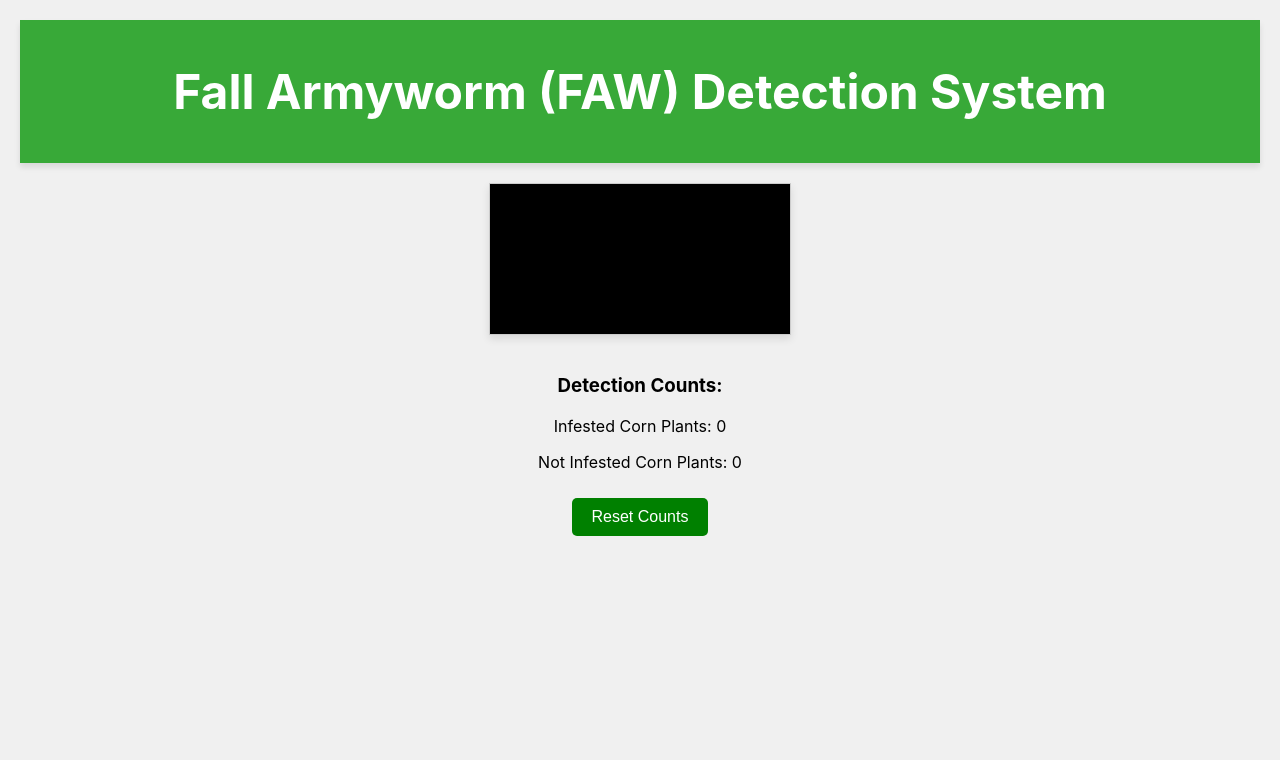
Repository: jansen223/faw-detection-main
Page: /
The author's editor kept a copy of each file at every save. The page is drawn from the files as they stood at one save, then again after the next save.
The browser window is 1280 px wide. The pictures show the whole page.
The page's requests for data from a server got no answer. The project was rebuilt for these pictures with package versions that can differ from the ones it lists, and the page was loaded fresh each time. No one was signed in, and anything a server would have sent is missing.

Above is the page before, as saved 2025-04-09 23:49:39.

After the next save:
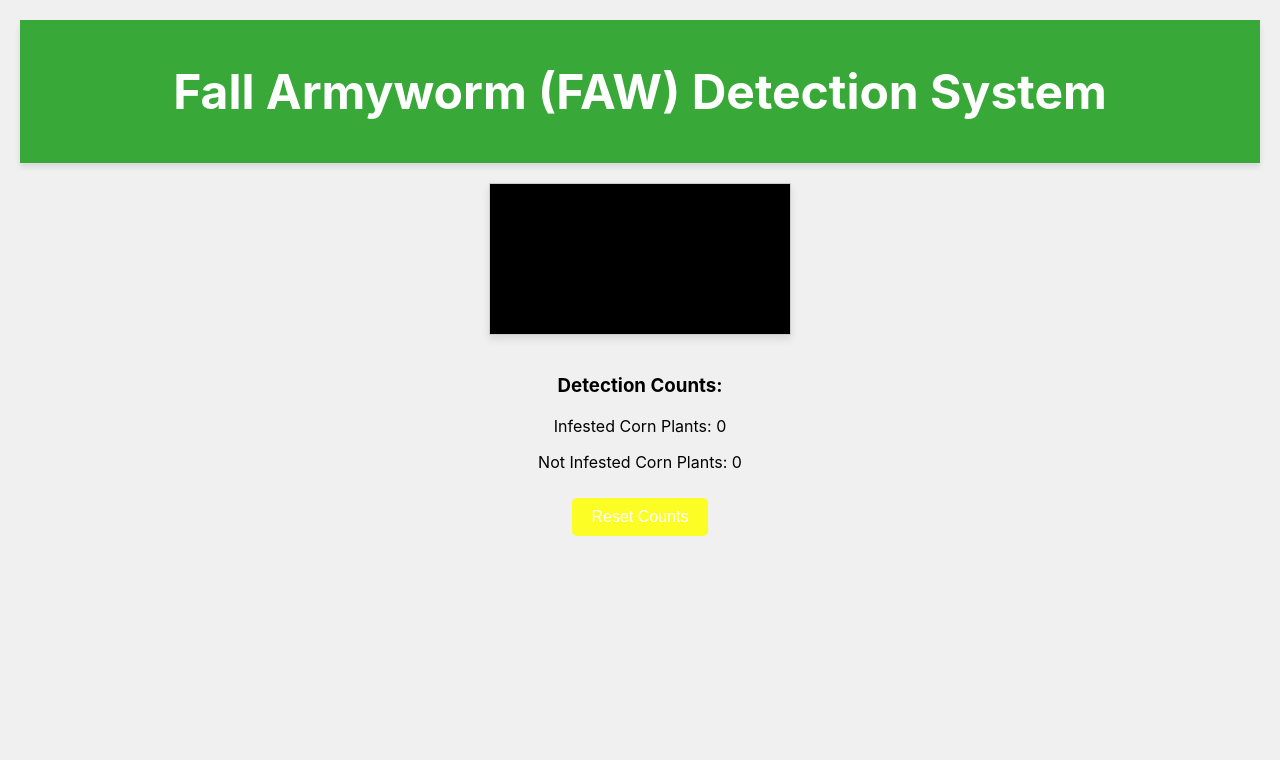
Saved 2 min 17 s later.
--- a/src/App.css
+++ b/src/App.css
@@ -64,7 +64,7 @@ canvas {
 .reset-button {
   margin-top: 10px;
   padding: 10px 20px;
-  background-color: green;
+  background-color: rgba(255, 255, 0, 0.842);
   color: white;
   border: none;
   border-radius: 5px;
@@ -74,5 +74,5 @@ canvas {
 }
 
 .reset-button:hover {
-  background-color: darkgreen;
+  background-color: rgba(209, 209, 4, 0.87);
 }

After the save that followed:
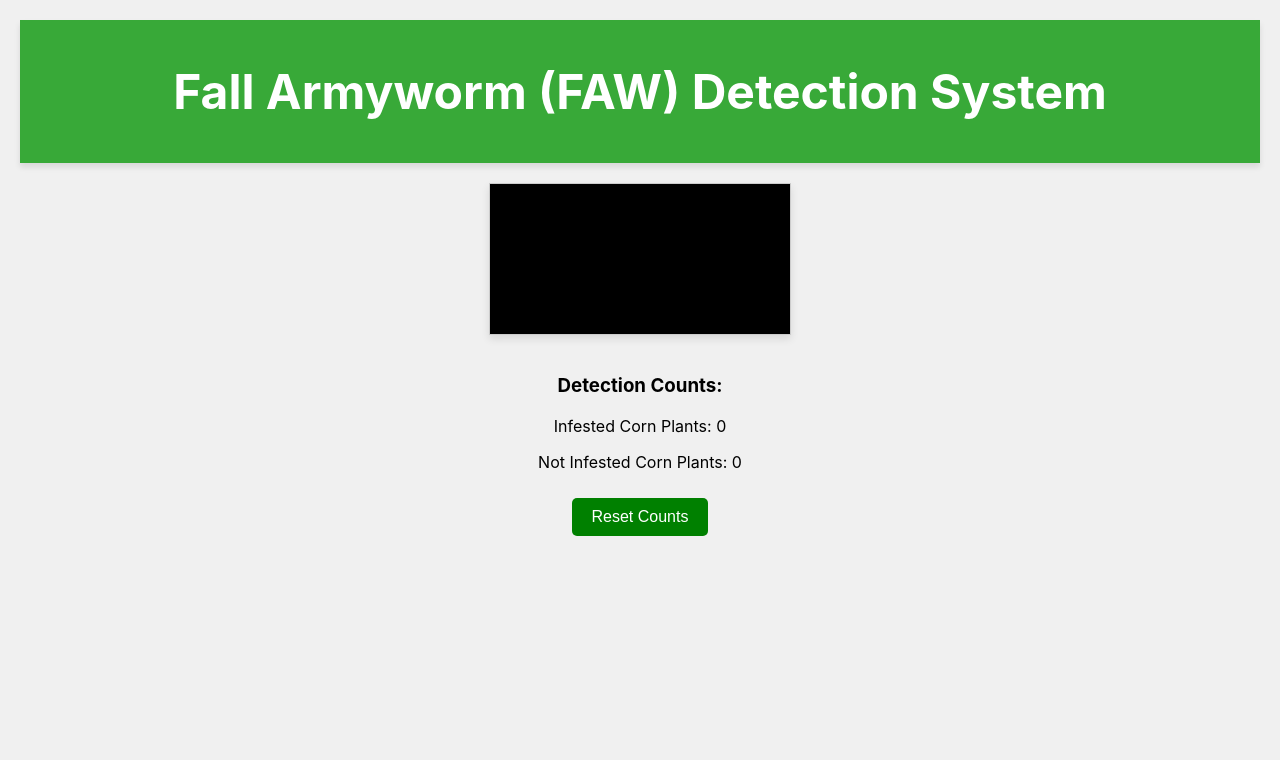
Saved 62 s later.
--- a/src/App.css
+++ b/src/App.css
@@ -64,7 +64,7 @@ canvas {
 .reset-button {
   margin-top: 10px;
   padding: 10px 20px;
-  background-color: rgba(255, 255, 0, 0.842);
+  background-color: green;
   color: white;
   border: none;
   border-radius: 5px;
@@ -74,5 +74,5 @@ canvas {
 }
 
 .reset-button:hover {
-  background-color: rgba(209, 209, 4, 0.87);
+  background-color: darkgreen;
 }
